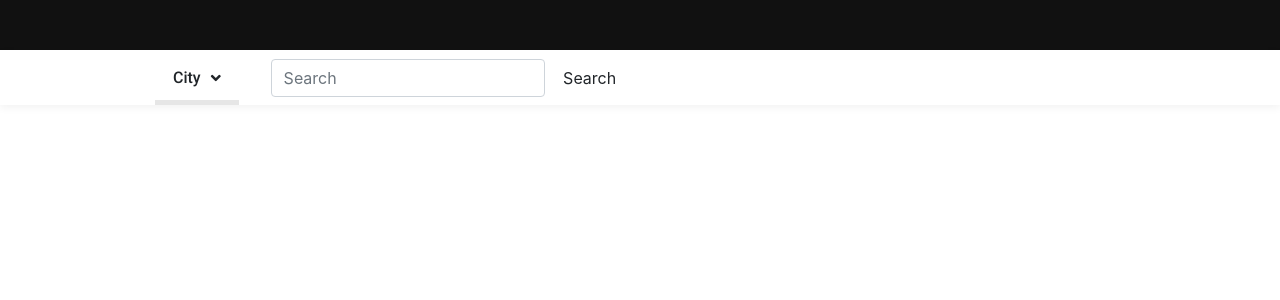
Repository: pawineeNiy/Rest_Food
Page: /
An editor plug-in stored every save of this project. The page is shown before and after the next save, followed by the edit.
The browser window is 1280 px wide. The pictures show the whole page.
The page's requests for data from a server got no answer. Some web libraries are served in a nearby version. The project was rebuilt for these pictures with package versions that can differ from the ones it lists, and the page was loaded fresh each time. No one was signed in, and anything a server would have sent is missing. Also part of the build but not shown: src/components/restaurants/detail.css, src/components/restaurants/cardDetail.js, src/components/search/fave.js, src/components/search/searchCountries.js, src/components/restaurants/restaurantsDetail.js.

Above is the page before, as saved 2019-11-14 12:07:18.

After the next save:
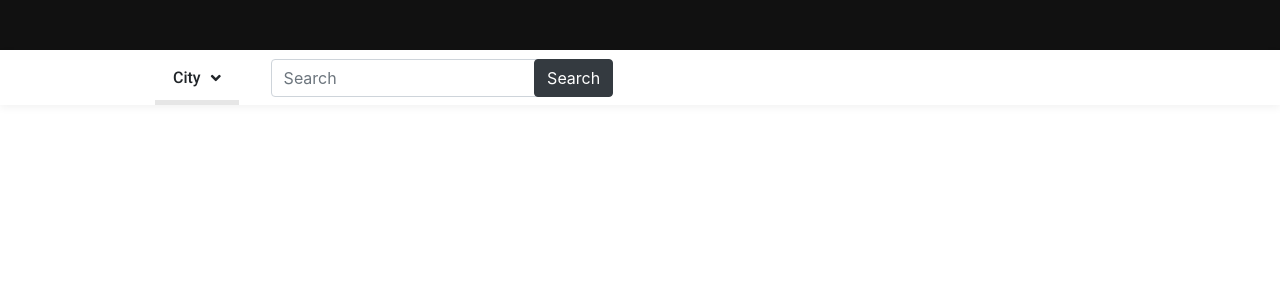
Saved 10 s later.
--- a/src/pages/containerMenu.js
+++ b/src/pages/containerMenu.js
@@ -127,7 +127,7 @@ export default class Menu extends Component {
                                     </i>
                                     &nbsp;
                                     <i>
-                                        <button className="btn bt-m1 b-m2" onClick={(e) => this.OnClickSearch(e)} type="submit">Search</button>
+                                        <button className="btn btn-dark" onClick={(e) => this.OnClickSearch(e)} type="submit">Search</button>
                                     </i>
                                 </ul>
 
